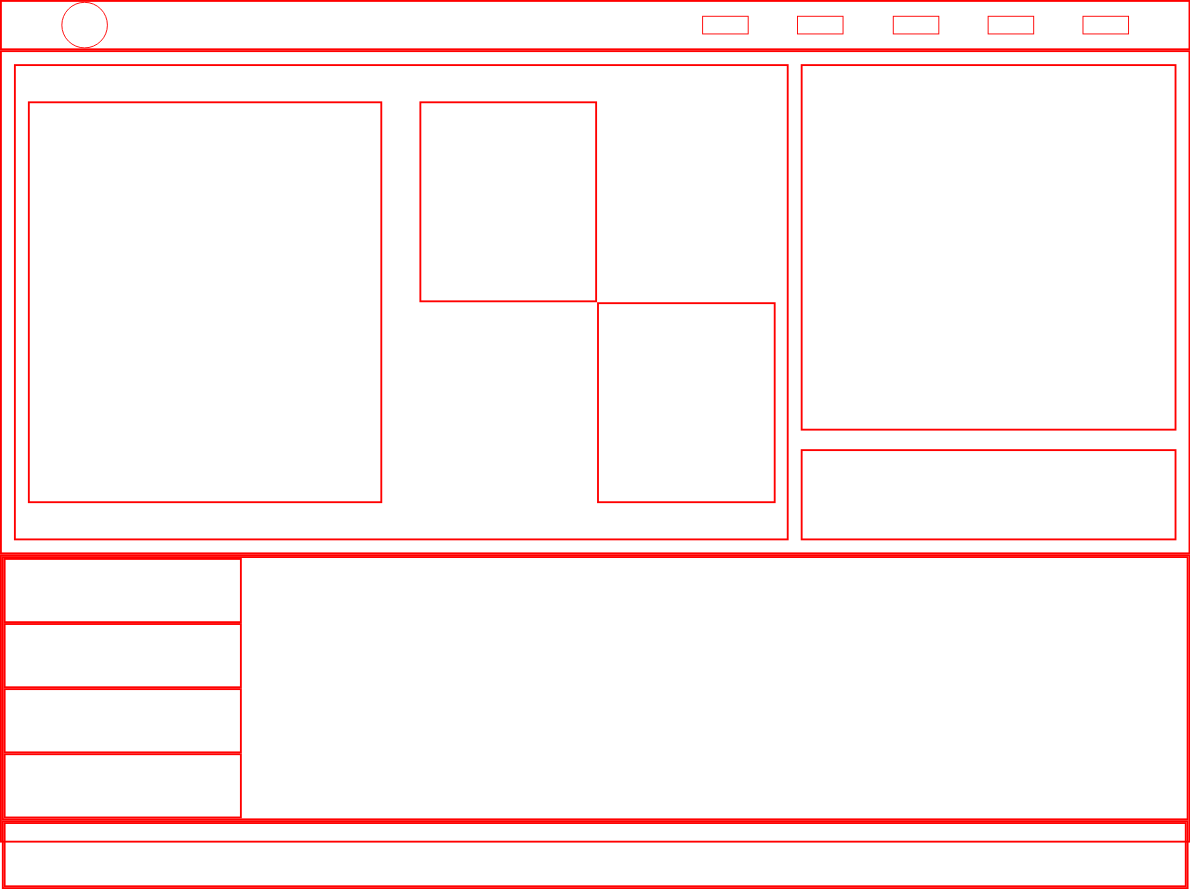
Repository: archangel88/elbrus_homework
Page: phase-0/week-3/day-4/flexbox/index.html
An editor plug-in stored every save of this project. The page is shown before and after the next save, followed by the edit.
The browser window is 1280 px wide. The pictures show the whole page, at 93% of full size.

Above is the page before, as saved 2025-10-10 00:38:32.

After the next save:
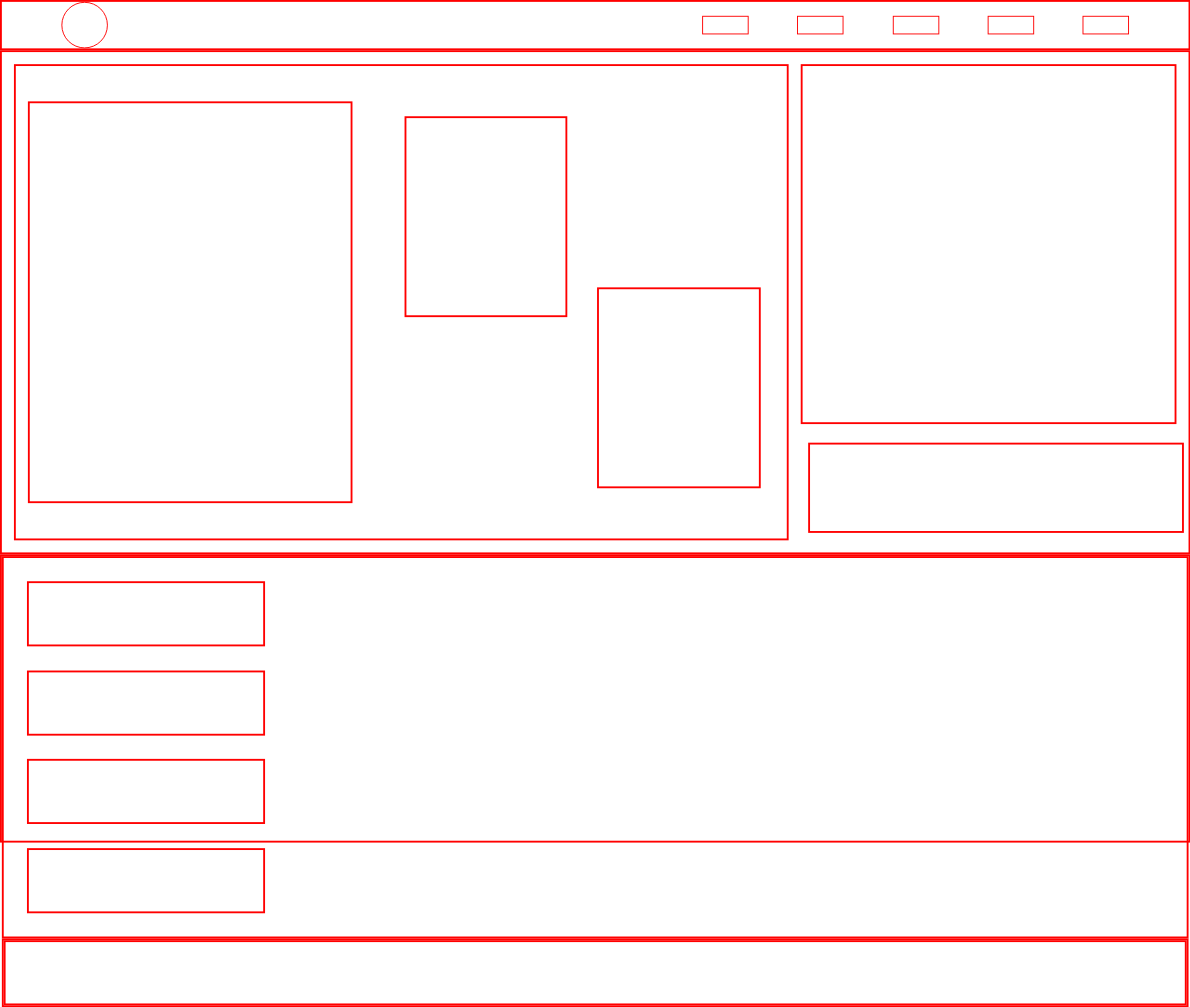
Saved 59 s later.
--- a/phase-0/week-3/day-4/flexbox/css/styles.css
+++ b/phase-0/week-3/day-4/flexbox/css/styles.css
@@ -118,8 +118,10 @@ header {
 .footer .left .block1,.block2,.block3,.block4{
     height: 70px;
     width: 20vw;
+    margin: 2%;
 }
 
 .footer .right .block{
     height: 70px;
+
 }
